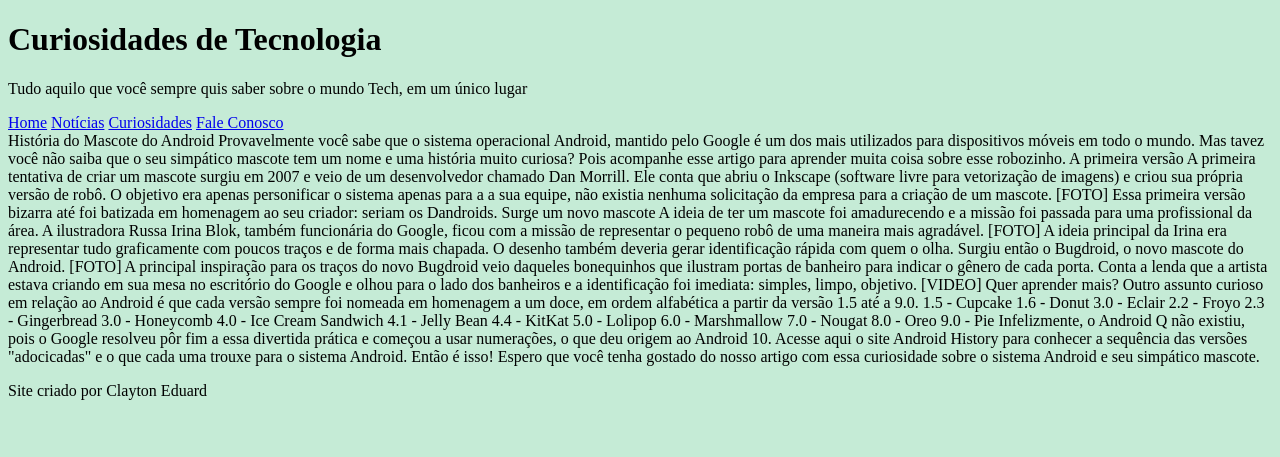
Repository: ClaytonEduard/cursoemvideo
Page: html-css/desafios/d010/android.html
These files come from the project's save history. The page is drawn as it stood at one moment and after the next save; the edit follows.
The browser window is 1280 px wide. The pictures show the whole page.

Above is the page before, as saved 2022-12-02 09:06:11.

After the next save:
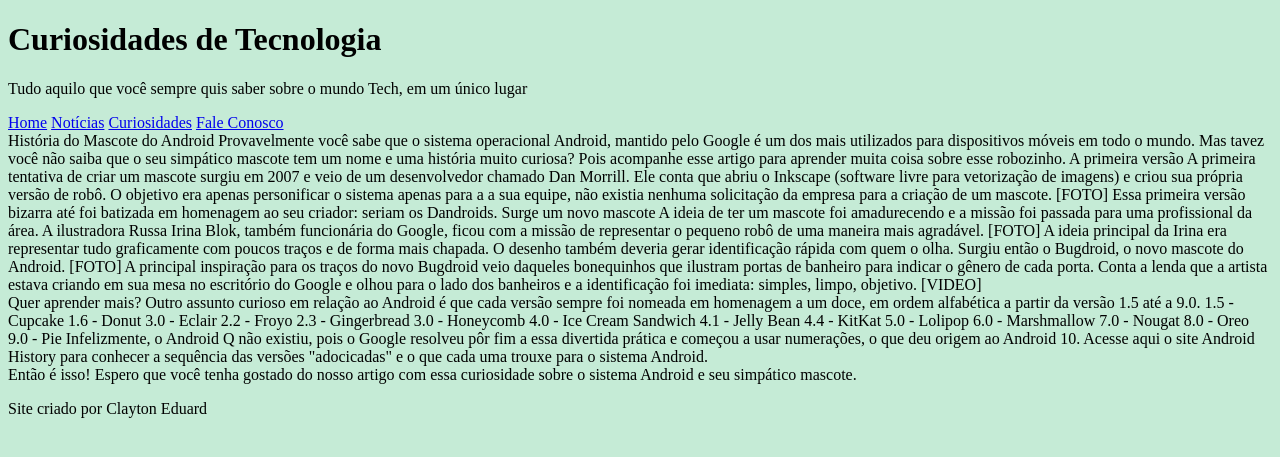
Saved 4 s later.
--- a/html-css/desafios/d010/android.html
+++ b/html-css/desafios/d010/android.html
@@ -61,7 +61,7 @@
 
             [VIDEO]
 
-           <as>
+           <aside>
                Quer aprender mais?
                 Outro assunto curioso em relação ao Android é que cada versão sempre foi nomeada em homenagem a um doce, em
                 ordem alfabética a partir da versão 1.5 até a 9.0.
@@ -83,7 +83,7 @@
                 usar numerações, o que deu origem ao Android 10.
                 Acesse aqui o site Android History para conhecer a sequência das versões "adocicadas" e o que cada uma
                 trouxe para o sistema Android.
-           </as>
+           </aside>
 
 
             Então é isso! Espero que você tenha gostado do nosso artigo com essa curiosidade sobre o sistema Android e
